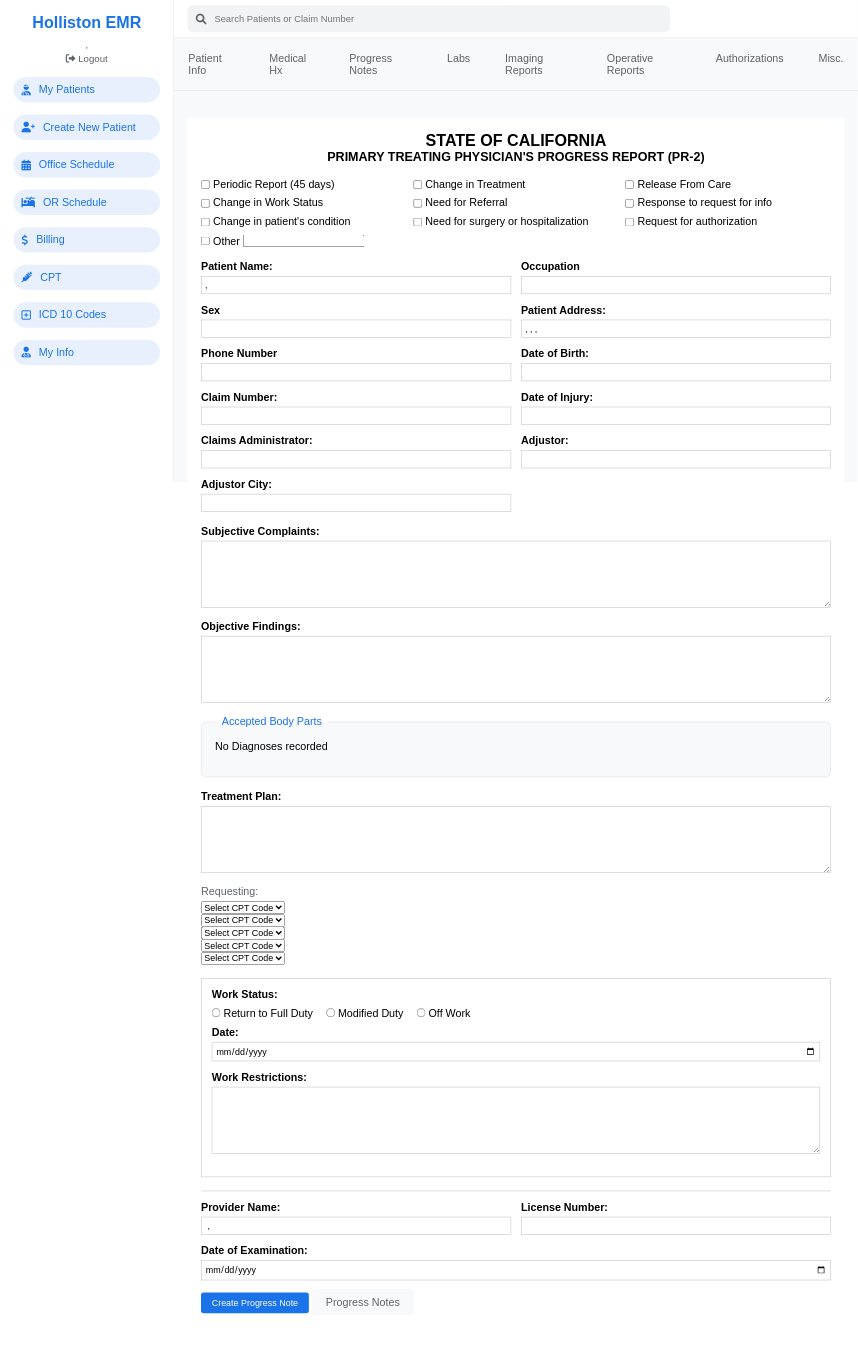
Repository: DavidG626/Flask-Project
Page: templates/create_progress_note.html
These files come from the project's save history. The page is drawn as it stood at one moment and after the next save; the edit follows.
The browser window is 1280 px wide. The pictures show the whole page, at 67% of full size.
Some web libraries are served in a nearby version. The page is served by the project's application, run on Flask 3 (tempCodeRunnerFile.py). The template is opened directly, without the code that normally fills it, so the values that code supplies are empty.

Above is the page before, as saved 2025-03-13 22:32:24.

After the next save:
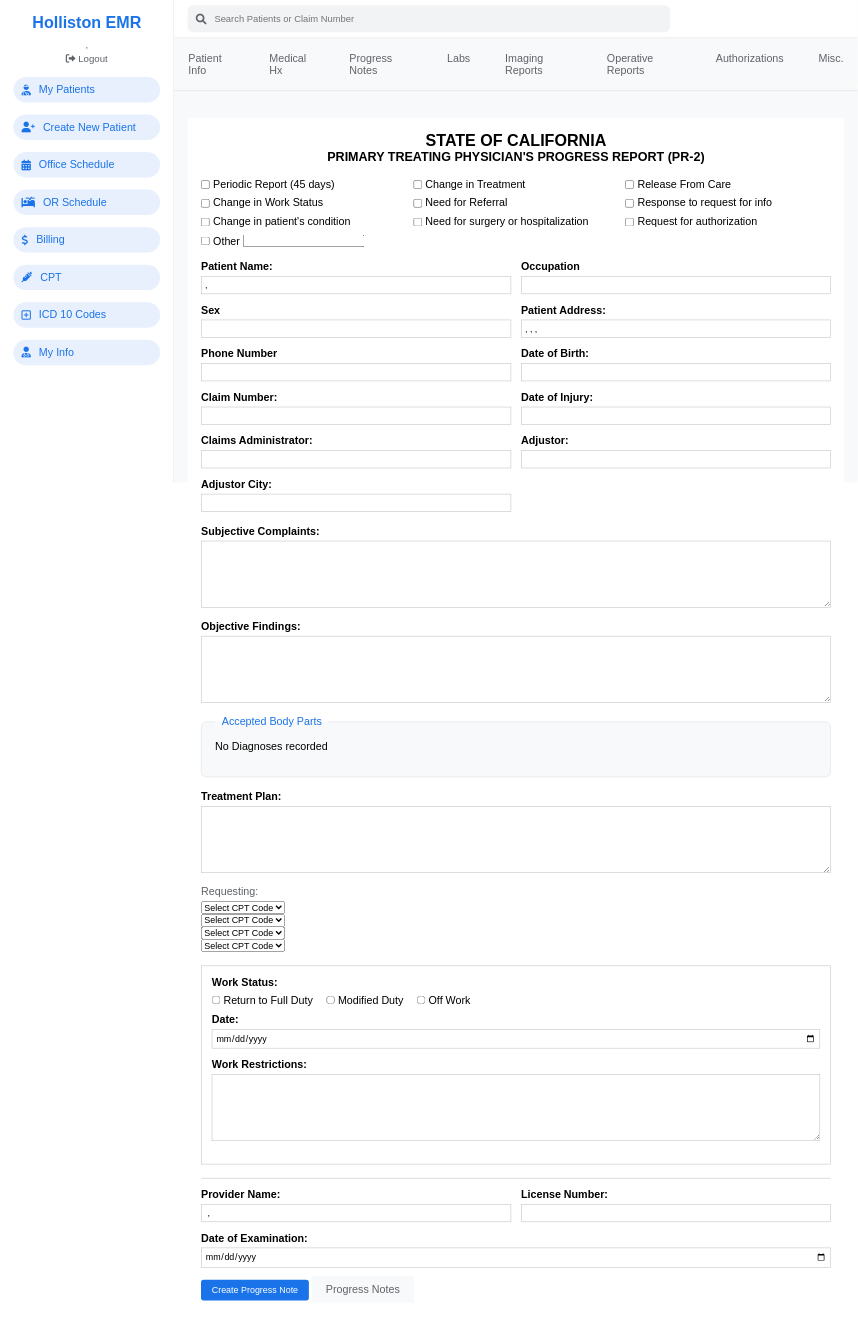
Saved 20 s later.
--- a/templates/create_progress_note.html
+++ b/templates/create_progress_note.html
@@ -283,14 +283,6 @@
                                     {% endfor %}
                                 </select>
                             </div>
-                            <div class="col-3">
-                                <select class="form-control" name="cpt_codes">
-                                    <option value="">Select CPT Code</option>
-                                    {% for cpt in cpt_codes %}
-                                    <option value="{{ cpt.id }}">{{ cpt.code }} - {{ cpt.description }}</option>
-                                    {% endfor %}
-                                </select>
-                            </div>
                     </div>
 
 
